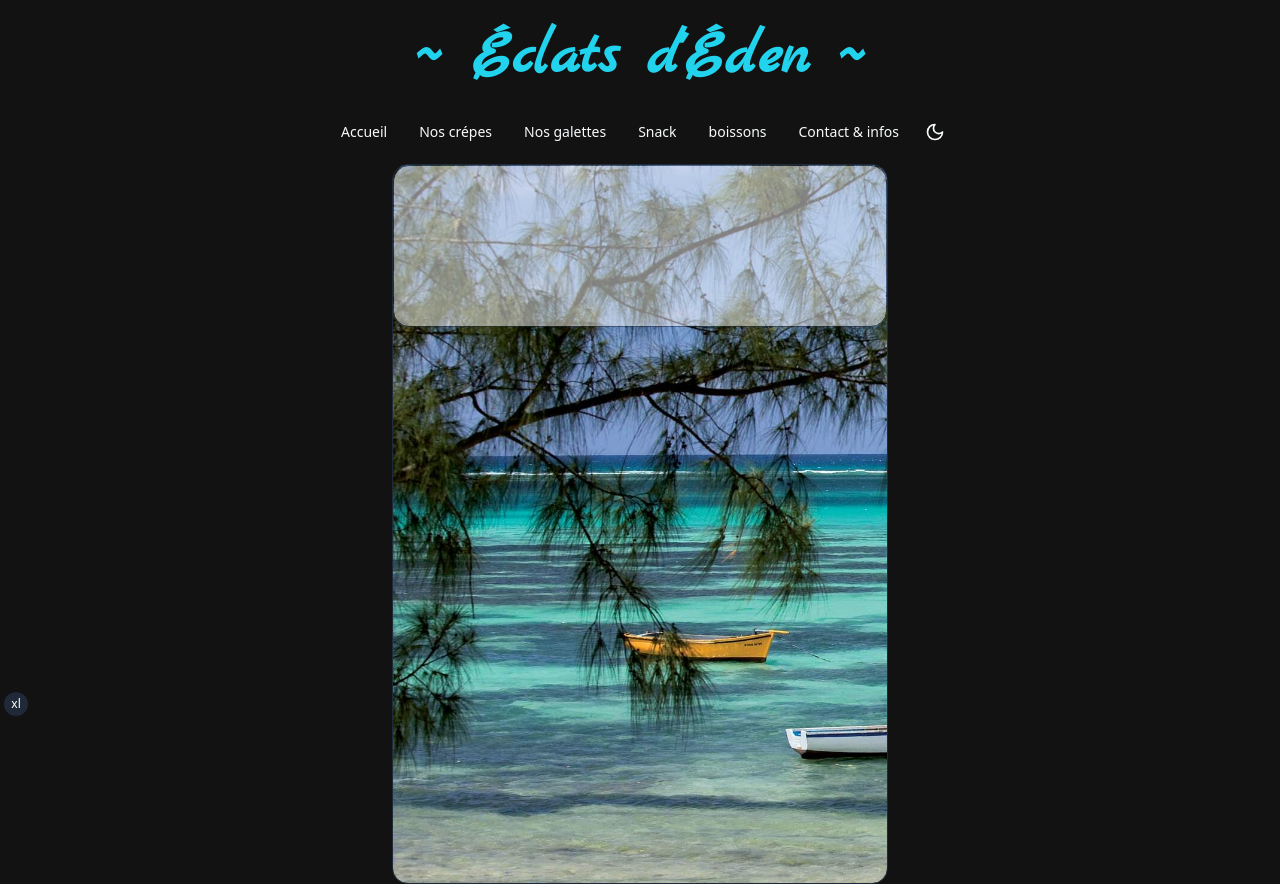
Repository: jeffMauritius/eclats-deden
Page: /schedule
These files come from the project's save history. The page is drawn as it stood at one moment and after the next save; the edit follows.
The browser window is 1280 px wide. The pictures show the whole page.
The project was rebuilt for these pictures with package versions that can differ from the ones it lists, and the page was loaded fresh each time. The framework's server and built-in components were replaced by stand-ins that run in the browser. Also part of the build but not shown: next.config.mjs.

Above is the page before, as saved 2024-08-13 07:10:39.

After the next save:
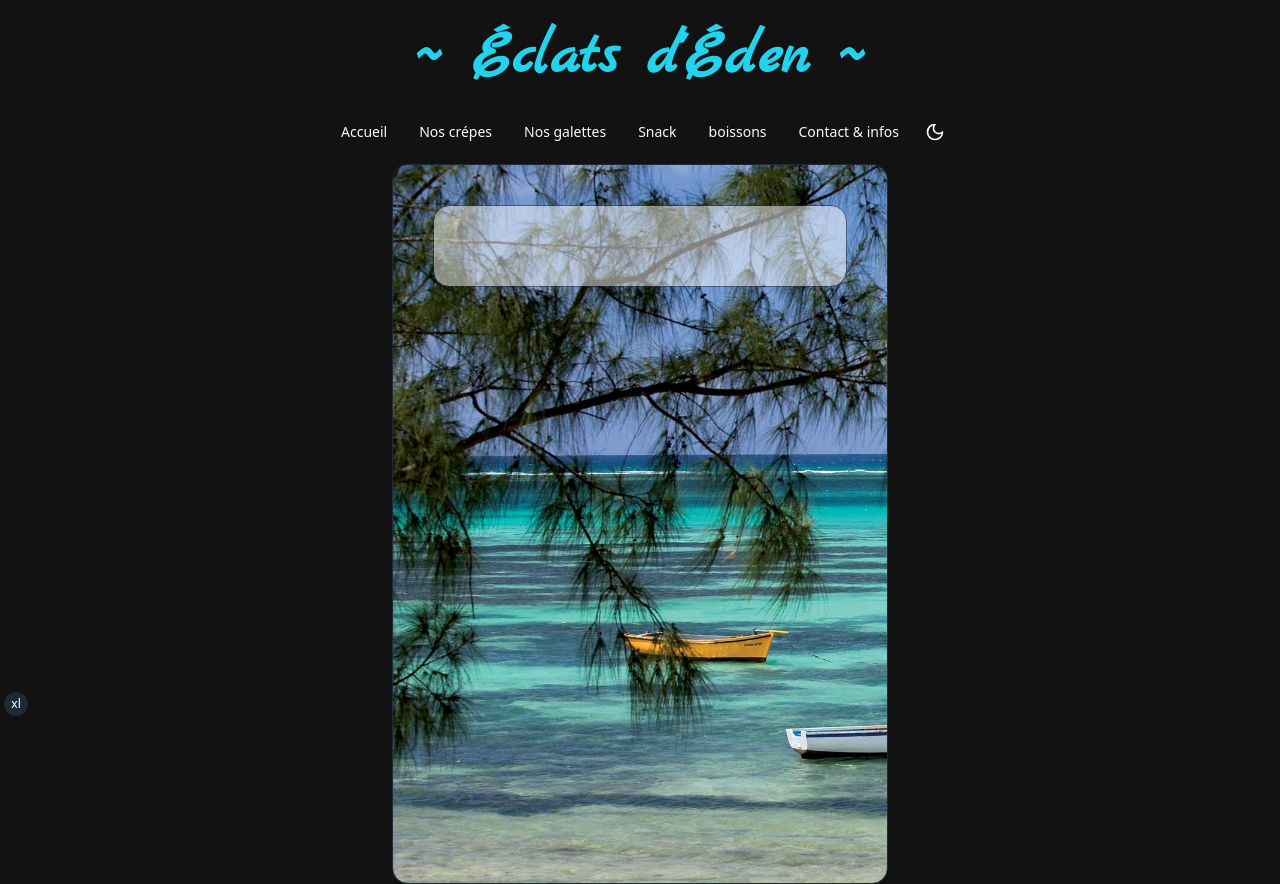
Saved 36 s later.
--- a/app/schedule/page.tsx
+++ b/app/schedule/page.tsx
@@ -4,7 +4,7 @@ const SchedulePage = () => {
       <div className="flex justify-center">
         <div className="absolute m-auto h-screen w-2/5 rounded-2xl border bg-[url('/maurice.jpeg')] bg-cover ">
           <div className="relative imageUrl={`bg-[url('/riz.jpeg')] bg-cover`}">
-            <div className="rounded-2xl border bg-white p-10 opacity-50">
+            <div className="m-10 rounded-2xl border bg-white opacity-50">
               <h1 className="p-5 font-display text-4xl text-white">Horaires</h1>
             </div>
           </div>
